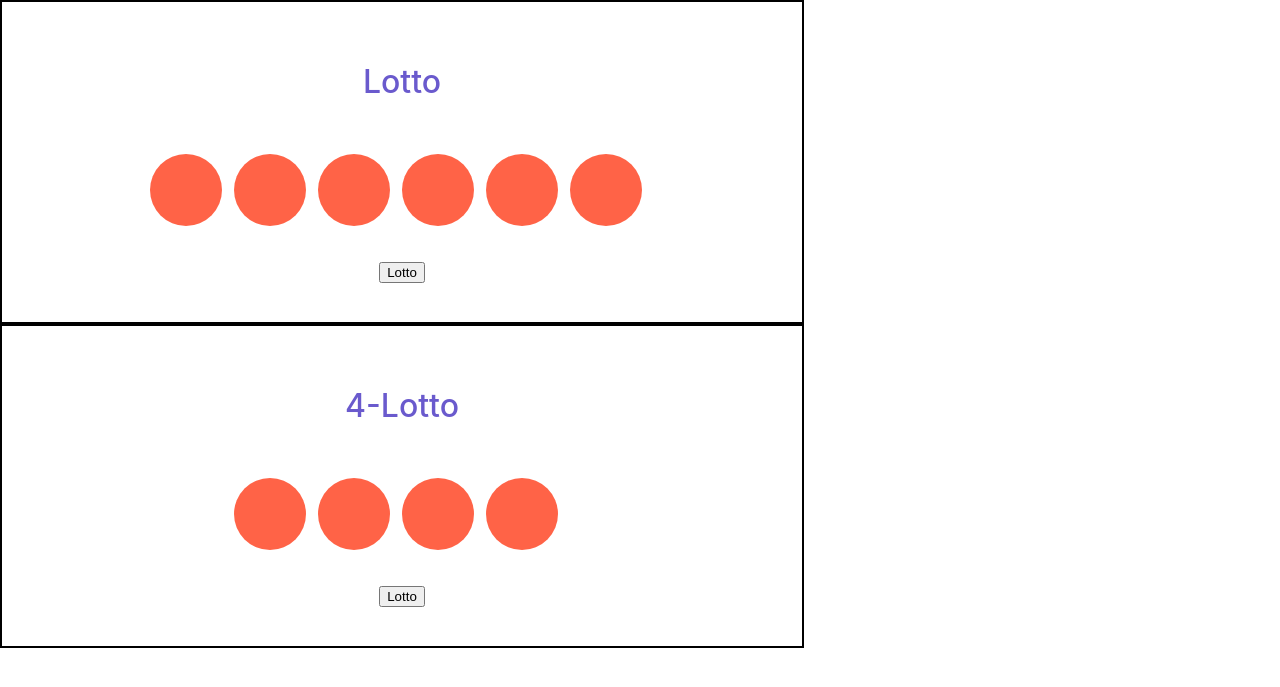
Repository: dung8466/learn-react
Page: / (app in lottery/)
These files come from the project's save history. The page is drawn as it stood at one moment and after the next save; the edit follows.
The browser window is 1280 px wide. The pictures show the whole page.
The project was rebuilt for these pictures with package versions that can differ from the ones it lists, and the page was loaded fresh each time.

Above is the page before, as saved 2022-09-18 21:05:27.

### lottery/src/App.js
import React, {Component} from 'react';
import './App.css';
import Lotto from './Lotto';
class App extends Component{
  render(){
    return (
      <div className="App">
        <Lotto />
        <Lotto title='4-Lotto' numBall={4} maxNum={10}/>
      </div>
    );
  }
}

export default App;

### lottery/src/Lotto.js
import React, {Component} from "react";
import './Lotto.css';
import LotteryBall from "./LotteryBall";

class Lotto extends Component{
    static defaultProps = {
        title : 'Lotto',
        numBall : 6,
        maxNum: 99
    }
    constructor(props){
        super(props);
        this.state = {nums : Array.from({length: this.props.numBall}) };
        this.generate = this.generate.bind(this);
    }
    generate(){
        this.setState(curSt => ({
            nums: curSt.nums.map(num => num = Math.floor(Math.random() * this.props.maxNum)),
        }))
    }
    render(){
        return(
            <div className="lotto">
                <h1>{this.props.title}</h1>
                <div className="ballDisplay">
                    {this.state.nums.map(b => (
                        <LotteryBall nums={b}/>
                    ))}
                </div>
                <button onClick={this.generate}>Lotto</button>
            </div>
        );
    }
}

export default Lotto;

### lottery/src/Lotto.css
.lotto{
    display: flex;
    flex-direction: column;
    justify-content: center;
    align-items: center;
    flex-wrap: wrap;
    gap: 2em;
    border: 2px solid black;
    width: 50em;
    height: 20em;
}

.lotto h1{
    font-size: 2em;
    font-weight: 500;
    color: slateblue;
}

### lottery/src/LotteryBall.js
import React, {Component} from "react";
import './LotteryBall.css';

class LotteryBall extends Component{
    render(){
        return(
            <div className="ball">{this.props.nums}</div>
        );
    }
}

export default LotteryBall;

### lottery/src/LotteryBall.css
.ball{
    display: inline-block;
    background-color: tomato;
    color: white;
    border-radius: 50%;
    width: 3em;
    height: 2.25em;
    text-align: center;
    padding-top: 0.75em;
    margin-right: 0.5em;
    font-weight: bold;
    font-size: 1.5em;
}

Loaded but not shown: lottery/public/index.html (common file); lottery/src/index.js (common file); lottery/src/index.css (common file); lottery/src/reportWebVitals.js (common file); lottery/src/App.css (common file)

After the next save:
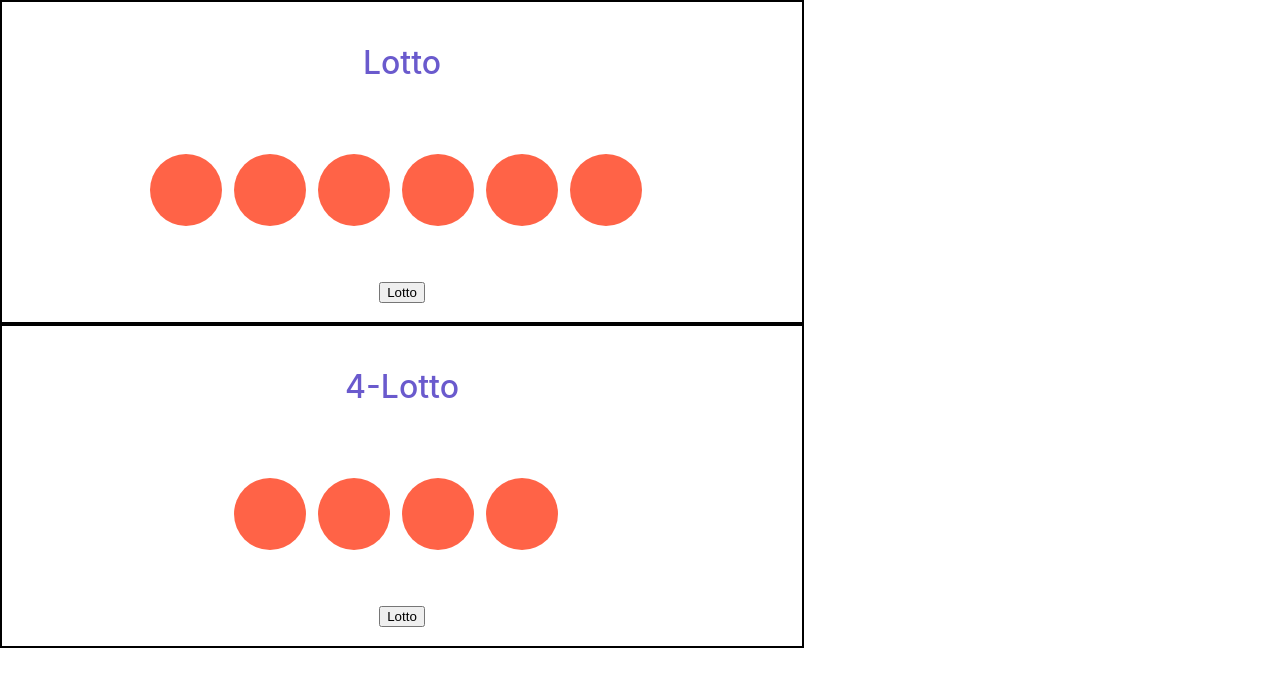
Saved 15 s later.
--- a/lottery/src/Lotto.css
+++ b/lottery/src/Lotto.css
@@ -1,7 +1,7 @@
 .lotto{
     display: flex;
     flex-direction: column;
-    justify-content: center;
+    justify-content: space-evenly;
     align-items: center;
     flex-wrap: wrap;
     gap: 2em;
